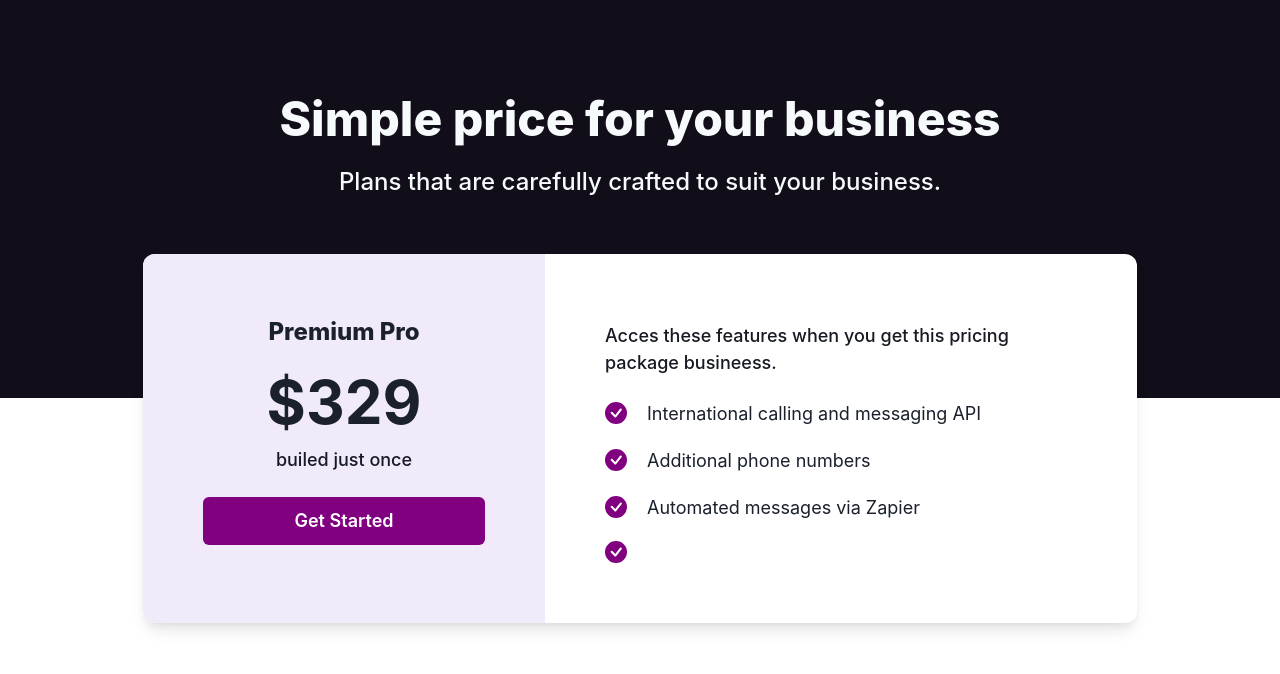
Repository: noutijo/learn-in-depth-chakra-ui
Page: /
An editor plug-in stored every save of this project. The page is shown before and after the next save, followed by the edit.
The browser window is 1280 px wide. The pictures show the whole page.
The project was rebuilt for these pictures with package versions that can differ from the ones it lists, and the page was loaded fresh each time. Also part of the build but not shown: vite.config.ts.

Above is the page before, as saved 2023-01-30 16:20:54.

After the next save:
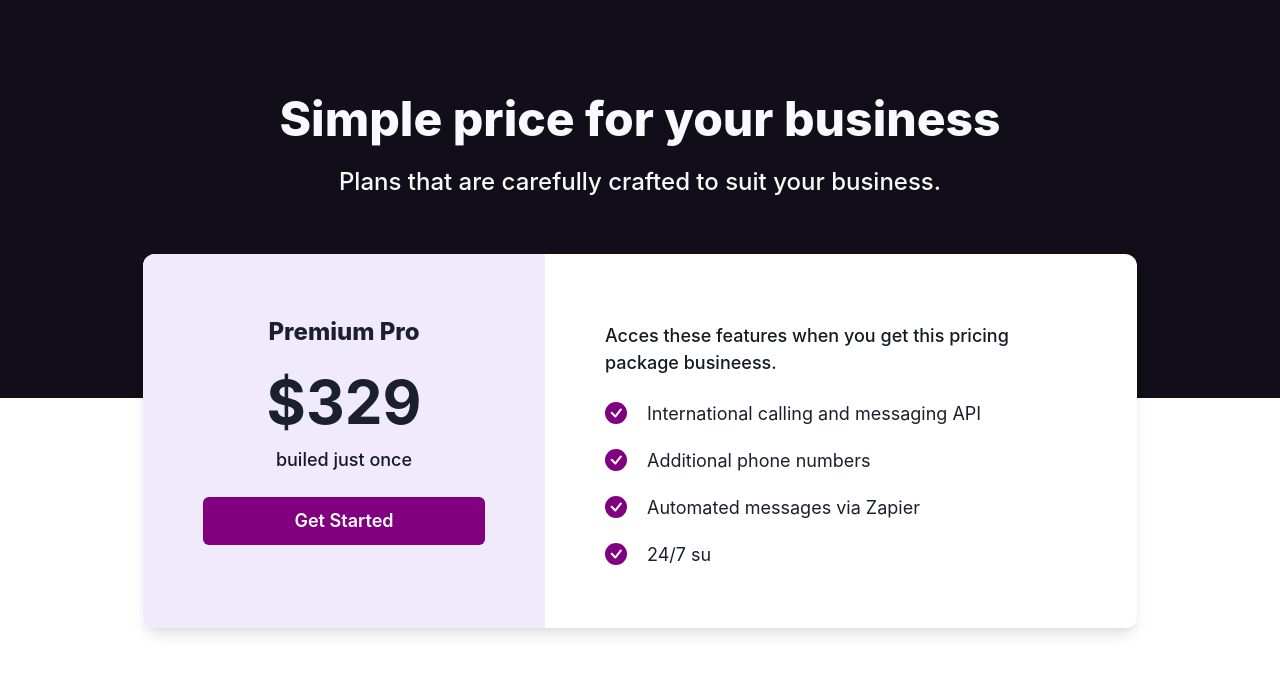
Saved 10 s later.
--- a/src/components/Pricing.tsx
+++ b/src/components/Pricing.tsx
@@ -49,8 +49,8 @@ export function Pricing() {
           <Stack as="ul" spacing="20px" pt="24px">
             <ListItem>International calling and messaging API</ListItem>
             <ListItem>Additional phone numbers</ListItem>
-            <ListItem>Automated messages via Zapier </ListItem>
-            <ListItem></ListItem>
+            <ListItem>Automated messages via Zapier</ListItem>
+            <ListItem>24/7 su</ListItem>
           </Stack>
         </Box>
       </Flex>
